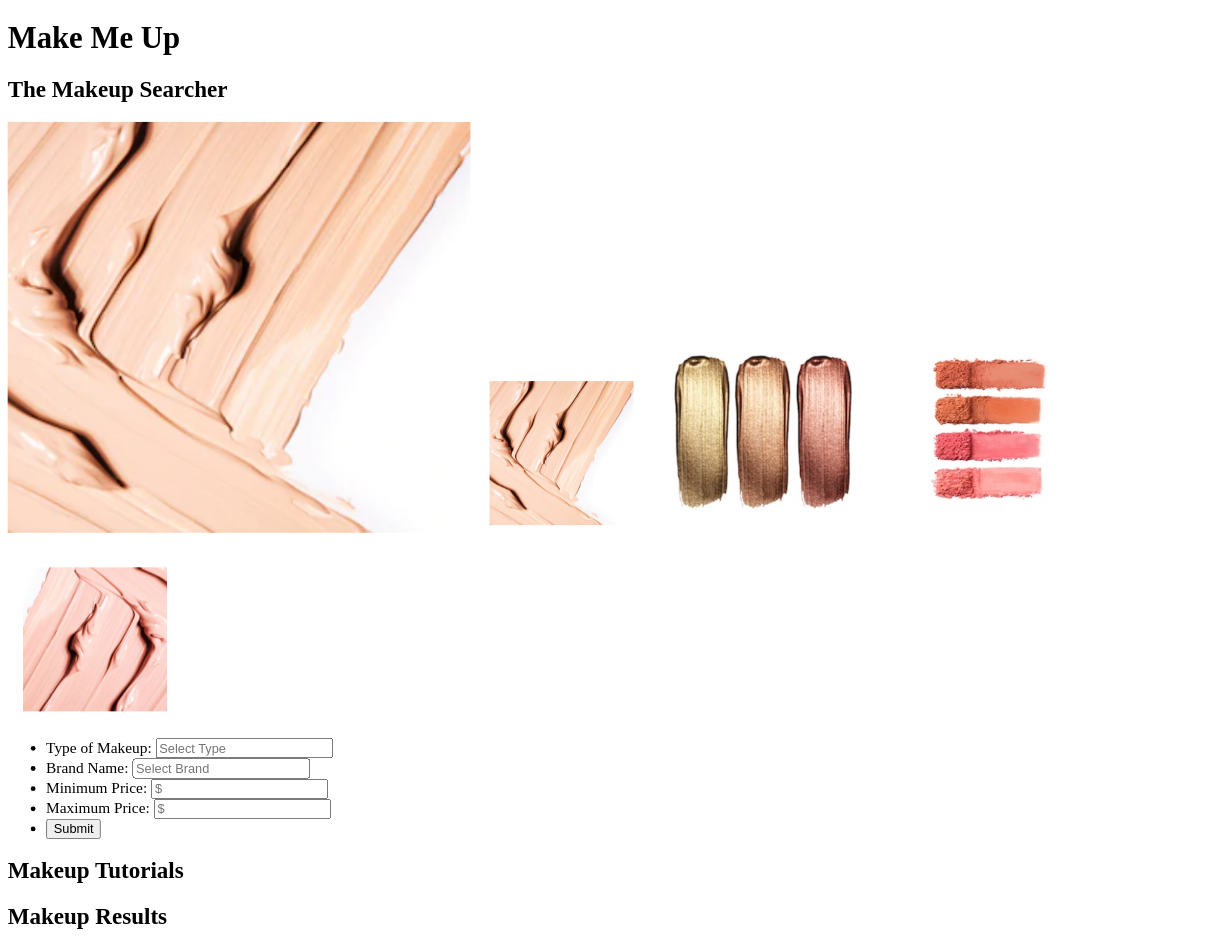
Repository: kaitlynMidori/MakeMeUp
Page: index.html
These files come from the project's save history. The page is drawn as it stood at one moment and after the next save; the edit follows.
The browser window is 1280 px wide. The pictures show the whole page, at 96% of full size.

Above is the page before, as saved 2020-12-13 18:10:33.

### index.html
<!DOCTYPE html>
<html lang="en">

<head>
    <meta charset="utf-8">
    <meta name="viewport" content="width=device-width">
    <title>Make Me Up</title>
    <link href="style.css" rel="stylesheet" type="text/css" media="only screen and (max-device-width: 480px) , only screen and (-webkit-min-device-pixel-ratio: 2) , screen and (-webkit-device-pixel-ratio:1.5)"/>
    <link rel="preconnect" href="https://fonts.gstatic.com">
    <link href="https://fonts.googleapis.com/css2?family=Nanum+Gothic&display=swap" rel="stylesheet">
</head>

<body>
   <div class="web-container">
    <header>
        <h1>Make Me Up</h1>
        <h2>The Makeup Searcher</h2>
    </header>

    <div class="img-container">
    <img class="image" img src="images/smear1.png">
        <img src="images/smear1.png" alt="eyeshadow smear" height="150" width="150" style="padding: 2em 1em .5em 1em;">
        <img src="images/smear2.png" alt="lipstick smear" height="200" width="200" style="padding: .5em 1em .5em 1em;">
        <img src="images/smear4.jpg" alt="concealer smear" height="200" width="200" style="padding: .5em 1em .5em 1em;">
        <img src="images/smear3.png" alt="blush smear" height="150" width="150" style="padding: 2em 1em .5em 1em;">
    </div>

    <div class="form-container">
        <form id="js-form">
            <ul class="formWrapper">
                <li class= "form-row">
                    <label class="search-term" for="product-type">Type of Makeup:</label>
                    <input class="product-type input" type="text" name="product-type" id="product-type" placeholder="Select Type" list="product-type-list">
                    <datalist id="product-type-list">
                        <option value="Blush">
                        <option value="Bronzer">
                        <option value="Eyebrow">
                        <option value="Eyeliner">
                        <option value="Eyeshadow">
                        <option value="Foundation">
                        <option value="Lip Liner">
                        <option value="Lipstick">
                        <option value="Mascara">
                        <option value="Nail Polish">
                    </datalist>
                </li>

                <li class="form-row">
                    <label class="search-term" for="brand">Brand Name:</label>
                    <input class="brand input" type="text" name="brand" id="brand" placeholder="Select Brand" list="brand-list">
                    <datalist id="brand-list">
                        <option value="Almay">
                        <option value="Alva">
                        <option value="Anna Sui">
                        <option value="Annabelle">
                        <option value="Benefit">
                        <option value="Boosh">
                        <option value="Burt's Bees">
                        <option value="Butter London">
                        <option value="C'est Moi">
                        <option value="Cargo Cosmetics">
                        <option value="China Glaze">
                        <option value="Clinique">
                        <option value="Coastal Classic Creation">
                        <option value="Colourpop">
                        <option value="Covergirl">
                        <option value="Dalish">
                        <option value="Deciem">
                        <option value="Dior">
                        <option value="Dr. Hauschka">
                        <option value="e.l.f">
                        <option value="Essie">
                        <option value="Fenty">
                        <option value="Glossier">
                        <option value="Green People">
                        <option value="Iman">
                        <option value="L'oreal">
                        <option value="Lotus Cosmetics USA">
                        <option value="Maia's Mineral Galaxy">
                        <option value="Marcelle">
                        <option value="Marienatie">
                        <option value="Maybelline">
                        <option value="Milani">
                        <option value="Mineral Fusion">
                        <option value="Misa">
                        <option value="Mistura">
                        <option value="Moov">
                        <option value="Nudus">
                        <option value="NYX">
                        <option value="ORLY">
                        <option value="Pacifica">
                        <option value="Penny Lane Organics">
                        <option value="Physicians Formula">
                        <option value="Piggy Paint">
                        <option value="Pure Anada">
                        <option value="Rejuva Minerals">
                        <option value="Revlon">
                        <option value="Sally B's Skin Yummies">
                        <option value="Salon Perfect">
                        <option value="Sante">
                        <option value="Sinful Colours">
                        <option value="Smashbox">
                        <option value="Stila">
                        <option value="Suncoat">
                        <option value="w3llpeople">
                        <option value="wet n wild">
                        <option value="Zorah">
                        <option value="Zorah Biocosmetiques">
                    </datalist>
                </li>

                <li class="form-row">
                    <label class="search-term" for="min-price-input">Minimum Price:</label>
                    <input class="min-price input" type="number" name="min-price" id="min-price-input" placeholder="$">
                </li>

                <li class="form-row">
                    <label class="search-term" for="max-price-input">Maximum Price:</label>
                    <input class="max-price input" type="number" name="max-price" id="max-price-input" placeholder="$">
                </li>

                <li class="button">
                    <input id="submit-btn" type="submit" value="Submit">
                </li>

            </ul>
        </form>
    </div>

        <p id="js-error-message" class="error-message"></p>

        <section id="yt-results" class="hidden">
            <h2>Makeup Tutorials</h2>
            <ul id="yt-results-list">
            </ul>
        </section>
    <div id="results-container" class="hidden">
        <h2>Makeup Results</h2>
            <ul id="results-list">
            </ul>
    </div>

    <script src="https://code.jquery.com/jquery-3.3.1.js" integrity="sha256-2Kok7MbOyxpgUVvAk/HJ2jigOSYS2auK4Pfzbm7uH60=" crossorigin="anonymous"></script>
    <script src="script.js"></script>
    </div>
</body>

</html>

### script.js
 'use strict';

const makeupURL = 'https://makeup-api.herokuapp.com/api/v1/products.json';

//format url
function formatQueryParams(params) {
    const queryItems = Object.keys(params)
        .map(key => `${encodeURIComponent(key)}=${encodeURIComponent(params[key])}`)
    return queryItems.join('&');
}

function getMakeUp(searchTerm, brand, minPrice, maxPrice) {
    const params = {
        product_type: searchTerm,
        brand: brand,
        price_greater_than: minPrice,
        price_less_than: maxPrice,
    };

    const queryString = formatQueryParams(params)
    const url = makeupURL + '?' + queryString;
    console.log(url);

    fetch(url)
        .then(response => {
            if (response.ok) {
                return response.json();
            }
            throw new Error(response.statusText);
        })
        .then(responseJson => displayResults(responseJson))
        .catch(err => {
            $('#js-error-message').text(`Something went wrong: ${err.message}`);
        });
}

function displayResults(responseJson) {
    // if there are previous results, remove them
    console.log(responseJson);
    $('#results-list').empty();

    //if there are no results, display a msg
    if (!Object.keys(responseJson).length) {
        $('#results-list').append(`<h2>Sorry, No Products Found For That Make-Up and/or Brand</h2>`);
    }
    // iterate through the items array
    for (let i = 0; i < responseJson.length; i++) {

        // for each makeup object in the items array, add a list item to the results
        //list with the full name, img, price, description, url
        $('#results-list').append(
            `<li class="each-product-result">
      <h3 class="product-name">${responseJson[i].name}</h3>
      <img class="product-img" src="${responseJson[i].image_link}">

      <br>

      <p class="product-price">$${responseJson[i].price}</p>
      <p class="product-description">${responseJson[i].description}</p>
      </li>`
        )
    };

    //display the results section
    $('#results').removeClass('hidden');

    //clear input after results load
    $('#product-type').val('')
    $('#brand').val('')
    $('#min-price-input').val('');
    $('#max-price-input').val('');
};

// *****************Youtube video portion**************************************

const youtubeURL = 'https://www.googleapis.com/youtube/v3/search';

function getYoutubeVideo(searchTerm, brand) {
 const params = {
    part:'snippet',
    key:'AIzaSyDLTkOknlkbRK8xtwwM4HzWWfjG2awJktI',
    q: searchTerm + brand + ' makeup',
    maxResults: 6,
    type: 'video',
    order: 'Relevance',
    safeSearch: 'strict',
    relevanceLanguage: 'en'
  };

  const queryString = formatQueryParams(params)
  const url = youtubeURL + '?' + queryString;
  console.log(url);

  fetch(url)
    .then(response => {
      if (response.ok) {
        return response.json();
      }
      throw new Error(response.statusText);
    })
    .then(responseJson => displayYoutubeResults(responseJson))
    .catch(err => {
      $('#js-error-message').text(`Something went wrong: ${err.message}`);
    });
}

function displayYoutubeResults(responseJson) {
  console.log(responseJson);

  $('#yt-results-list').empty();

  if(!Object.keys(responseJson.items).length){
    $('#yt-results-list').append(`<h2>Sorry, No Videos Found For That Make-Up and/or Brand</h2>`);
  }

  for (let i = 0; i < responseJson.items.length; i++){
    $('#yt-results-list').append(
      `<li class= "each-yt-result">
      <a href="https://www.youtube.com/watch?v=${responseJson.items[i].id.videoId}?vq=hd1080" target=_blank>
        <h3>${responseJson.items[i].snippet.title} class="yt-title"</h3>
      </a>
      <a href="https://www.youtube.com/watch?v=${responseJson.items[i].id.videoId}?vq=hd1080" class= "yt-thumbnails" target=_blank>
        <img src="${responseJson.items[i].snippet.thumbnails.default.url}">
      </a>

      <p>Channel: <a href="https://www.youtube.com/channel/${responseJson.items[i].snippet.channelId}" class="yt-channel" target=_blank>${responseJson.items[i].snippet.channelTitle}</a></p>

      <p>${responseJson.items[i].snippet.description}</p>

      </li>`)
  };

  $('#yt-results').removeClass('hidden');
};

//watch form
//prevent submit btn default
//collect values for user input
function watchForm() {
    $('form').submit(event => {
        event.preventDefault();
        const searchTerm = $('#product-type').val();
        const brand = $('#brand').val();
        const minPrice = $('#min-price-input').val();
        const maxPrice = $('#max-price-input').val();
        getMakeUp(searchTerm, brand, minPrice, maxPrice);
        getYoutubeVideo(searchTerm, brand);
    });
}

$(watchForm);

### style.css
body, html {
    margin: 0px;
    padding: 0px;
    background-color: white;
}

.web-container {
    width: 90%;
    min-width: 500px;
    margin: auto;
}

hidden {
    display: none;
}

* {
    font-family: 'Nanum Gothic', sans-serif;
    color: black;
}

/* header styling */
header {
    width: 100%;
    /* height: 120px;
    line-height: 120px; */
    background-color: white;
    border-style: solid;
    border-width: thin;
    border-color: black;
}

h1 {
    text-align: center;
}

h2 {
    text-align: center;
}

/* Body styling */
/* body {
    background-color: white;
    align-items: center;
    justify-content: center;
} */

/* Image styling */

#img-container {
    width: 100%;
    min-width: 500px;
    margin: auto;
    display: flex;
    flex-direction: row;
    flex-wrap: nowrap;
    justify-content: center;
}

#img {
    width: 90%;
    min-width: 500px;
    margin: auto;
}

.image {
    width: 25%%;
}

/* Form styling */
.formWrapper {
    background-color: white;
    list-style-type: none;
    padding: 0;
    border-style: solid;
    border-width: thin;
    border-color: #fbfefb;
}

.form-container {
    width: 70%;
    min-width: 500px;
    margin: auto;
}

.form-row {
    display: flex;
    justify-content: center;
    padding: .5em 1em .5em 1em;
}

.form-row >label {
    /* padding: .5em 1em .5em 12em; */
    flex: 1;
}

.form-row > input {
    /* margin-right: auto; */
    flex: 2;
}

.form-row > input,
.form-row > button {
    padding: .5em;
}

#submit-btn {
    max-width: 250px;
    display:flex;
    flex: 1;
    justify-content: center;
    margin-left: auto;
    margin-right: auto;
    margin-top: 30px;
	background-color:white;
	border-radius:2px;
	border:1px solid black;
	cursor:pointer;
	color:black;
	font-family:Arial;
	font-size:12px;
	font-weight:bold;
	padding:10px 10px 10px 10px;
	text-decoration:none;
}

/* results styling */


#results-list {
    display: flex;
    flex-wrap: wrap;
    justify-content: center;
    font-size: 12px;
}

.each-product-result {
    padding-left: 7px;
    list-style-type: none;
    background-color: white;
    border: lightgray;
    border-style: solid;
    border-width: thin;
    width: 200px;
}

.each-product-result > .product-name {
    display: block;
    margin-right: auto;
    margin-left: auto;
    font-size: 12px;
    width: 160px;
}

.each-product-result > .product-img {
    display: block;
    border: white;
    border-style: solid;
    border-width: thin;
    margin-left: auto;
    margin-right: auto;
    height: 150px;
    width: 150px;
}

.each-product-result > .product-price {
    font-style: italic;
}

.each-product-result > .product-description {
    font-size: 12px;
    font-weight: lighter;
    width: 180px;
}

/* YouTube video Styling */

#yt-results-list {
    display: flex;
    flex-wrap: wrap;
    justify-content: center;
    font-size: 12px;
}

.each-yt-result {
    padding-left: 7px;
    list-style-type: none;
    background-color: white;
    border: lightgray;
    border-style: solid;
    border-width: thin;
    width: 200px;
}

.each-yt-result > .yt-title {
    display: block;
    margin-left: auto;
    margin-left: auto;
}

.each-yt-result > .yt-description {
    font-size: 12px;
    width: 180px;
}

.each-yt-result > .yt-thumbnails {
    display: block;
    border: white;
    border-style: solid;
    border-width: thin;
    margin-left: auto;
    margin-right: auto;
    height: 130px;
    width: 150px;
}

After the next save:
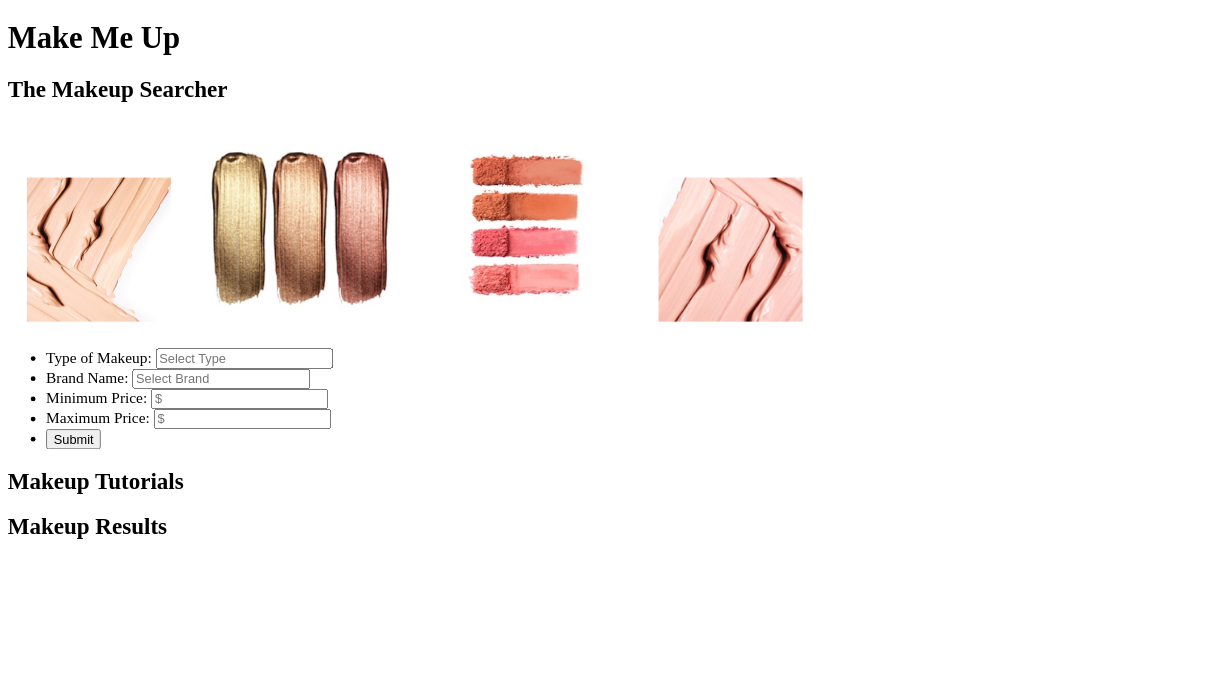
Saved 42 s later.
--- a/index.html
+++ b/index.html
@@ -18,7 +18,7 @@
     </header>
 
     <div class="img-container">
-    <img class="image" img src="images/smear1.png">
+    <img class="image">
         <img src="images/smear1.png" alt="eyeshadow smear" height="150" width="150" style="padding: 2em 1em .5em 1em;">
         <img src="images/smear2.png" alt="lipstick smear" height="200" width="200" style="padding: .5em 1em .5em 1em;">
         <img src="images/smear4.jpg" alt="concealer smear" height="200" width="200" style="padding: .5em 1em .5em 1em;">
